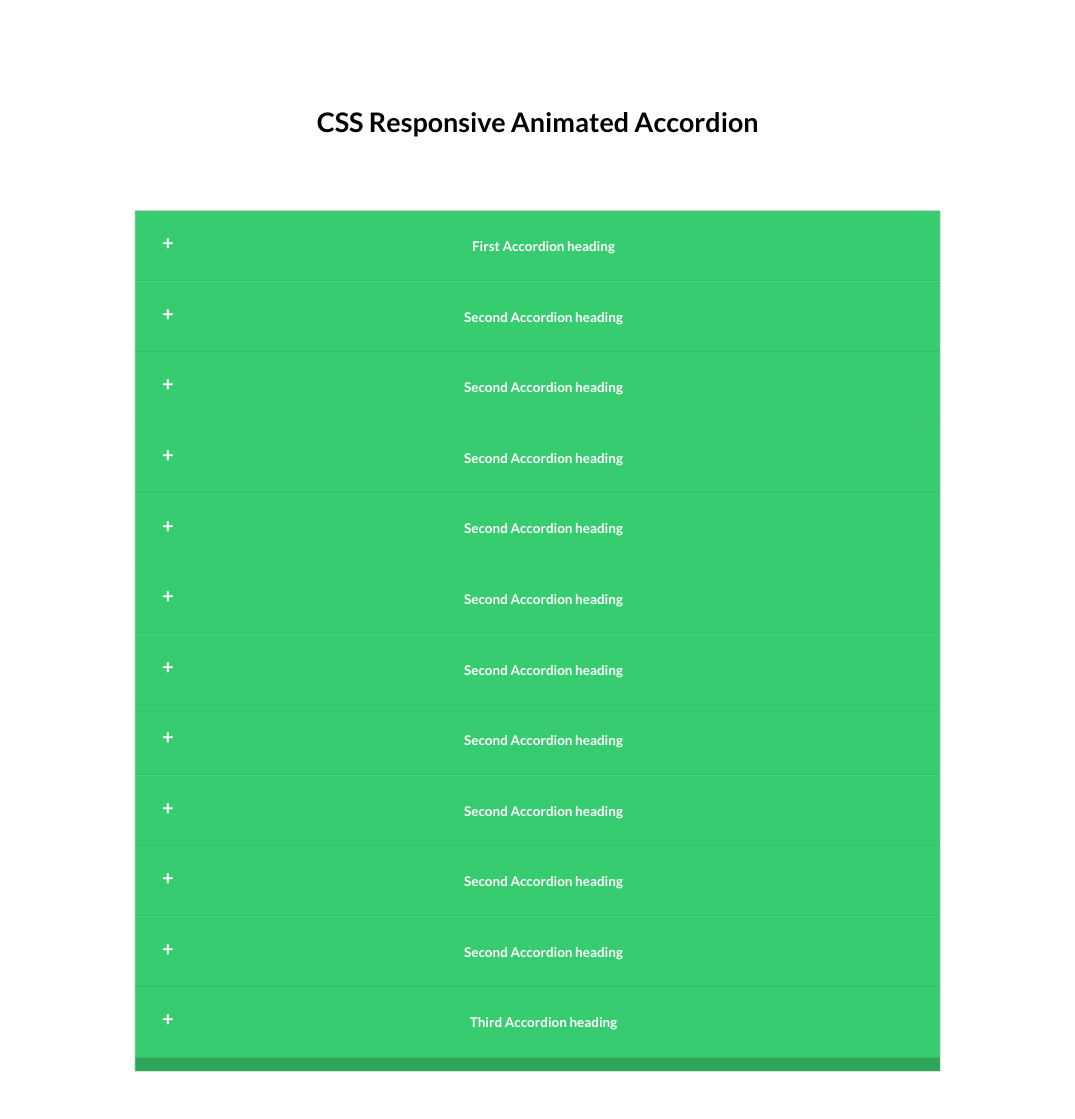
Repository: Imprasna/personalperform
Page: index.html
The author's editor kept a copy of each file at every save. The page is drawn from the files as they stood at one save, then again after the next save.
The browser window is 1280 px wide. The pictures show the whole page, at 84% of full size.
The style sheet was rebuilt from its Sass, Less or Tailwind sources for each picture, by a compiler version that may differ from the author's.

Above is the page before, as saved 2021-12-30 22:15:19.

### index.html
<!DOCTYPE html>
<html lang="en">

<head>
    <meta charset="UTF-8">
    <meta http-equiv="X-UA-Compatible" content="IE=edge">
    <meta name="viewport" content="width=device-width, initial-scale=1.0">
    <link rel="stylesheet" href="css/accordion.css">
    <title>Prasanna's Performance Tests</title>
</head>

<body>
    <div class="container">
        <h1 class="heading-primary">CSS Responsive Animated Accordion</h1>
        <div class="accordion">
            <dl>
                <dt>
                    <a href="#accordion1" aria-expanded="false" aria-controls="accordion1"
                        class="accordion-title accordionTitle js-accordionTrigger">First Accordion heading</a>
                </dt>
                <dd class="accordion-content accordionItem is-collapsed" id="accordion1" aria-hidden="true">
                    <p>Lorem ipsum dolor sit amet, consectetur <a href="https://www.google.com">Test</a>adipiscing elit.
                        Morbi eu interdum diam. Donec interdum porttitor risus non bibendum. Maecenas sollicitudin eros
                        in quam imperdiet placerat. Cras justo purus, rhoncus nec lobortis ut, iaculis vel ipsum. Donec
                        dignissim arcu nec elit faucibus condimentum. Donec facilisis consectetur enim sit amet varius.
                        Pellentesque justo dui, sodales quis luctus a, iaculis eget mauris. </p>
                    <p>Aliquam dapibus, ante quis fringilla feugiat, mauris risus condimentum massa, at elementum libero
                        quam ac ligula. Pellentesque at rhoncus dolor. Duis porttitor nibh ut lobortis aliquam. Nullam
                        eu dolor venenatis mauris placerat tristique eget id dolor. Quisque blandit adipiscing erat
                        vitae dapibus. Nulla aliquam magna nec elementum tincidunt.</p>
                </dd>
                <dt>
                    <a href="#accordion2" aria-expanded="false" aria-controls="accordion2"
                        class="accordion-title accordionTitle js-accordionTrigger">
                        Second Accordion heading</a>
                </dt>
                <dd class="accordion-content accordionItem is-collapsed" id="accordion2" aria-hidden="true">
                    <p>Lorem ipsum dolor sit amet, consectetur adipiscing elit. Morbi eu interdum diam. Donec interdum
                        porttitor risus non bibendum. Maecenas sollicitudin eros in quam imperdiet placerat. Cras justo
                        purus, rhoncus nec lobortis ut, iaculis vel ipsum. Donec dignissim arcu nec elit faucibus
                        condimentum. Donec facilisis consectetur enim sit amet varius. Pellentesque justo dui, sodales
                        quis luctus a, iaculis eget mauris. </p>
                    <p>Aliquam dapibus, ante quis fringilla feugiat, mauris risus condimentum massa, at elementum libero
                        quam ac ligula. Pellentesque at rhoncus dolor. Duis porttitor nibh ut lobortis aliquam. Nullam
                        eu dolor venenatis mauris placerat tristique eget id dolor. Quisque blandit adipiscing erat
                        vitae dapibus. Nulla aliquam magna nec elementum tincidunt.</p>
                </dd>
                <dt>
                    <a href="#accordion2" aria-expanded="false" aria-controls="accordion2"
                        class="accordion-title accordionTitle js-accordionTrigger">
                        Second Accordion heading</a>
                </dt>
                <dd class="accordion-content accordionItem is-collapsed" id="accordion2" aria-hidden="true">
                    <p>Lorem ipsum dolor sit amet, consectetur adipiscing elit. Morbi eu interdum diam. Donec interdum
                        porttitor risus non bibendum. Maecenas sollicitudin eros in quam imperdiet placerat. Cras justo
                        purus, rhoncus nec lobortis ut, iaculis vel ipsum. Donec dignissim arcu nec elit faucibus
                        condimentum. Donec facilisis consectetur enim sit amet varius. Pellentesque justo dui, sodales
                        quis luctus a, iaculis eget mauris. </p>
                    <p>Aliquam dapibus, ante quis fringilla feugiat, mauris risus condimentum massa, at elementum libero
                        quam ac ligula. Pellentesque at rhoncus dolor. Duis porttitor nibh ut lobortis aliquam. Nullam
                        eu dolor venenatis mauris placerat tristique eget id dolor. Quisque blandit adipiscing erat
                        vitae dapibus. Nulla aliquam magna nec elementum tincidunt.</p>
                </dd>
                <dt>
                    <a href="#accordion2" aria-expanded="false" aria-controls="accordion2"
                        class="accordion-title accordionTitle js-accordionTrigger">
                        Second Accordion heading</a>
                </dt>
                <dd class="accordion-content accordionItem is-collapsed" id="accordion2" aria-hidden="true">
                    <p>Lorem ipsum dolor sit amet, consectetur adipiscing elit. Morbi eu interdum diam. Donec interdum
                        porttitor risus non bibendum. Maecenas sollicitudin eros in quam imperdiet placerat. Cras justo
                        purus, rhoncus nec lobortis ut, iaculis vel ipsum. Donec dignissim arcu nec elit faucibus
                        condimentum. Donec facilisis consectetur enim sit amet varius. Pellentesque justo dui, sodales
                        quis luctus a, iaculis eget mauris. </p>
                    <p>Aliquam dapibus, ante quis fringilla feugiat, mauris risus condimentum massa, at elementum libero
                        quam ac ligula. Pellentesque at rhoncus dolor. Duis porttitor nibh ut lobortis aliquam. Nullam
                        eu dolor venenatis mauris placerat tristique eget id dolor. Quisque blandit adipiscing erat
                        vitae dapibus. Nulla aliquam magna nec elementum tincidunt.</p>
                </dd>
                <dt>
                    <a href="#accordion2" aria-expanded="false" aria-controls="accordion2"
                        class="accordion-title accordionTitle js-accordionTrigger">
                        Second Accordion heading</a>
                </dt>
                <dd class="accordion-content accordionItem is-collapsed" id="accordion2" aria-hidden="true">
                    <p>Lorem ipsum dolor sit amet, consectetur adipiscing elit. Morbi eu interdum diam. Donec interdum
                        porttitor risus non bibendum. Maecenas sollicitudin eros in quam imperdiet placerat. Cras justo
                        purus, rhoncus nec lobortis ut, iaculis vel ipsum. Donec dignissim arcu nec elit faucibus
                        condimentum. Donec facilisis consectetur enim sit amet varius. Pellentesque justo dui, sodales
                        quis luctus a, iaculis eget mauris. </p>
                    <p>Aliquam dapibus, ante quis fringilla feugiat, mauris risus condimentum massa, at elementum libero
                        quam ac ligula. Pellentesque at rhoncus dolor. Duis porttitor nibh ut lobortis aliquam. Nullam
                        eu dolor venenatis mauris placerat tristique eget id dolor. Quisque blandit adipiscing erat
                        vitae dapibus. Nulla aliquam magna nec elementum tincidunt.</p>
                </dd>
                <dt>
                    <a href="#accordion2" aria-expanded="false" aria-controls="accordion2"
                        class="accordion-title accordionTitle js-accordionTrigger">
                        Second Accordion heading</a>
                </dt>
                <dd class="accordion-content accordionItem is-collapsed" id="accordion2" aria-hidden="true">
                    <p>Lorem ipsum dolor sit amet, consectetur adipiscing elit. Morbi eu interdum diam. Donec interdum
                        porttitor risus non bibendum. Maecenas sollicitudin eros in quam imperdiet placerat. Cras justo
                        purus, rhoncus nec lobortis ut, iaculis vel ipsum. Donec dignissim arcu nec elit faucibus
                        condimentum. Donec facilisis consectetur enim sit amet varius. Pellentesque justo dui, sodales
                        quis luctus a, iaculis eget mauris. </p>
                    <p>Aliquam dapibus, ante quis fringilla feugiat, mauris risus condimentum massa, at elementum libero
                        quam ac ligula. Pellentesque at rhoncus dolor. Duis porttitor nibh ut lobortis aliquam. Nullam
                        eu dolor venenatis mauris placerat tristique eget id dolor. Quisque blandit adipiscing erat
                        vitae dapibus. Nulla aliquam magna nec elementum tincidunt.</p>
                </dd>
                <dt>
                    <a href="#accordion2" aria-expanded="false" aria-controls="accordion2"
                        class="accordion-title accordionTitle js-accordionTrigger">
                        Second Accordion heading</a>
                </dt>
                <dd class="accordion-content accordionItem is-collapsed" id="accordion2" aria-hidden="true">
                    <p>Lorem ipsum dolor sit amet, consectetur adipiscing elit. Morbi eu interdum diam. Donec interdum
                        porttitor risus non bibendum. Maecenas sollicitudin eros in quam imperdiet placerat. Cras justo
                        purus, rhoncus nec lobortis ut, iaculis vel ipsum. Donec dignissim arcu nec elit faucibus
                        condimentum. Donec facilisis consectetur enim sit amet varius. Pellentesque justo dui, sodales
                        quis luctus a, iaculis eget mauris. </p>
                    <p>Aliquam dapibus, ante quis fringilla feugiat, mauris risus condimentum massa, at elementum libero
                        quam ac ligula. Pellentesque at rhoncus dolor. Duis porttitor nibh ut lobortis aliquam. Nullam
                        eu dolor venenatis mauris placerat tristique eget id dolor. Quisque blandit adipiscing erat
                        vitae dapibus. Nulla aliquam magna nec elementum tincidunt.</p>
                </dd>
                <dt>
                    <a href="#accordion2" aria-expanded="false" aria-controls="accordion2"
                        class="accordion-title accordionTitle js-accordionTrigger">
                        Second Accordion heading</a>
                </dt>
                <dd class="accordion-content accordionItem is-collapsed" id="accordion2" aria-hidden="true">
                    <p>Lorem ipsum dolor sit amet, consectetur adipiscing elit. Morbi eu interdum diam. Donec interdum
                        porttitor risus non bibendum. Maecenas sollicitudin eros in quam imperdiet placerat. Cras justo
                        purus, rhoncus nec lobortis ut, iaculis vel ipsum. Donec dignissim arcu nec elit faucibus
                        condimentum. Donec facilisis consectetur enim sit amet varius. Pellentesque justo dui, sodales
                        quis luctus a, iaculis eget mauris. </p>
                    <p>Aliquam dapibus, ante quis fringilla feugiat, mauris risus condimentum massa, at elementum libero
                        quam ac ligula. Pellentesque at rhoncus dolor. Duis porttitor nibh ut lobortis aliquam. Nullam
                        eu dolor venenatis mauris placerat tristique eget id dolor. Quisque blandit adipiscing erat
                        vitae dapibus. Nulla aliquam magna nec elementum tincidunt.</p>
                </dd>
                <dt>
                    <a href="#accordion2" aria-expanded="false" aria-controls="accordion2"
                        class="accordion-title accordionTitle js-accordionTrigger">
                        Second Accordion heading</a>
                </dt>
                <dd class="accordion-content accordionItem is-collapsed" id="accordion2" aria-hidden="true">
                    <p>Lorem ipsum dolor sit amet, consectetur adipiscing elit. Morbi eu interdum diam. Donec interdum
                        porttitor risus non bibendum. Maecenas sollicitudin eros in quam imperdiet placerat. Cras justo
                        purus, rhoncus nec lobortis ut, iaculis vel ipsum. Donec dignissim arcu nec elit faucibus
                        condimentum. Donec facilisis consectetur enim sit amet varius. Pellentesque justo dui, sodales
                        quis luctus a, iaculis eget mauris. </p>
                    <p>Aliquam dapibus, ante quis fringilla feugiat, mauris risus condimentum massa, at elementum libero
                        quam ac ligula. Pellentesque at rhoncus dolor. Duis porttitor nibh ut lobortis aliquam. Nullam
                        eu dolor venenatis mauris placerat tristique eget id dolor. Quisque blandit adipiscing erat
                        vitae dapibus. Nulla aliquam magna nec elementum tincidunt.</p>
                </dd>
                <dt>
                    <a href="#accordion2" aria-expanded="false" aria-controls="accordion2"
                        class="accordion-title accordionTitle js-accordionTrigger">
                        Second Accordion heading</a>
                </dt>
                <dd class="accordion-content accordionItem is-collapsed" id="accordion2" aria-hidden="true">
                    <p>Lorem ipsum dolor sit amet, consectetur adipiscing elit. Morbi eu interdum diam. Donec interdum
                        porttitor risus non bibendum. Maecenas sollicitudin eros in quam imperdiet placerat. Cras justo
                        purus, rhoncus nec lobortis ut, iaculis vel ipsum. Donec dignissim arcu nec elit faucibus
                        condimentum. Donec facilisis consectetur enim sit amet varius. Pellentesque justo dui, sodales
                        quis luctus a, iaculis eget mauris. </p>
                    <p>Aliquam dapibus, ante quis fringilla feugiat, mauris risus condimentum massa, at elementum libero
                        quam ac ligula. Pellentesque at rhoncus dolor. Duis porttitor nibh ut lobortis aliquam. Nullam
                        eu dolor venenatis mauris placerat tristique eget id dolor. Quisque blandit adipiscing erat
                        vitae dapibus. Nulla aliquam magna nec elementum tincidunt.</p>
                </dd>
                <dt>
                    <a href="#accordion2" aria-expanded="false" aria-controls="accordion2"
                        class="accordion-title accordionTitle js-accordionTrigger">
                        Second Accordion heading</a>
                </dt>
                <dd class="accordion-content accordionItem is-collapsed" id="accordion2" aria-hidden="true">
                    <p>Lorem ipsum dolor sit amet, consectetur adipiscing elit. Morbi eu interdum diam. Donec interdum
                        porttitor risus non bibendum. Maecenas sollicitudin eros in quam imperdiet placerat. Cras justo
                        purus, rhoncus nec lobortis ut, iaculis vel ipsum. Donec dignissim arcu nec elit faucibus
                        condimentum. Donec facilisis consectetur enim sit amet varius. Pellentesque justo dui, sodales
                        quis luctus a, iaculis eget mauris. </p>
                    <p>Aliquam dapibus, ante quis fringilla feugiat, mauris risus condimentum massa, at elementum libero
                        quam ac ligula. Pellentesque at rhoncus dolor. Duis porttitor nibh ut lobortis aliquam. Nullam
                        eu dolor venenatis mauris placerat tristique eget id dolor. Quisque blandit adipiscing erat
                        vitae dapibus. Nulla aliquam magna nec elementum tincidunt.</p>
                </dd>
                <dt>
                    <a href="#accordion3" aria-expanded="false" aria-controls="accordion3"
                        class="accordion-title accordionTitle js-accordionTrigger">
                        Third Accordion heading
                    </a>
                </dt>
                <dd class="accordion-content accordionItem is-collapsed" id="accordion3" aria-hidden="true">
                    <p>Lorem ipsum dolor sit amet, consectetur adipiscing elit. Morbi eu interdum diam. Donec interdum
                        porttitor risus non bibendum. Maecenas sollicitudin eros in quam imperdiet placerat. Cras justo
                        purus, rhoncus nec lobortis ut, iaculis vel ipsum. Donec dignissim arcu nec elit faucibus
                        condimentum. Donec facilisis consectetur enim sit amet varius. Pellentesque justo dui, sodales
                        quis luctus a, iaculis eget mauris. </p>
                    <p>Aliquam dapibus, ante quis fringilla feugiat, mauris risus condimentum massa, at elementum libero
                        quam ac ligula. Pellentesque at rhoncus dolor. Duis porttitor nibh ut lobortis aliquam. Nullam
                        eu dolor venenatis mauris placerat tristique eget id dolor. Quisque blandit adipiscing erat
                        vitae dapibus. Nulla aliquam magna nec elementum tincidunt.</p>
                </dd>
            </dl>
        </div>
    </div>

    <script src="app.js"></script>
</body>

</html>

Loaded but not shown: app.js (61 lines, source omitted); accordion.scss (127 lines, source omitted)

After the next save:
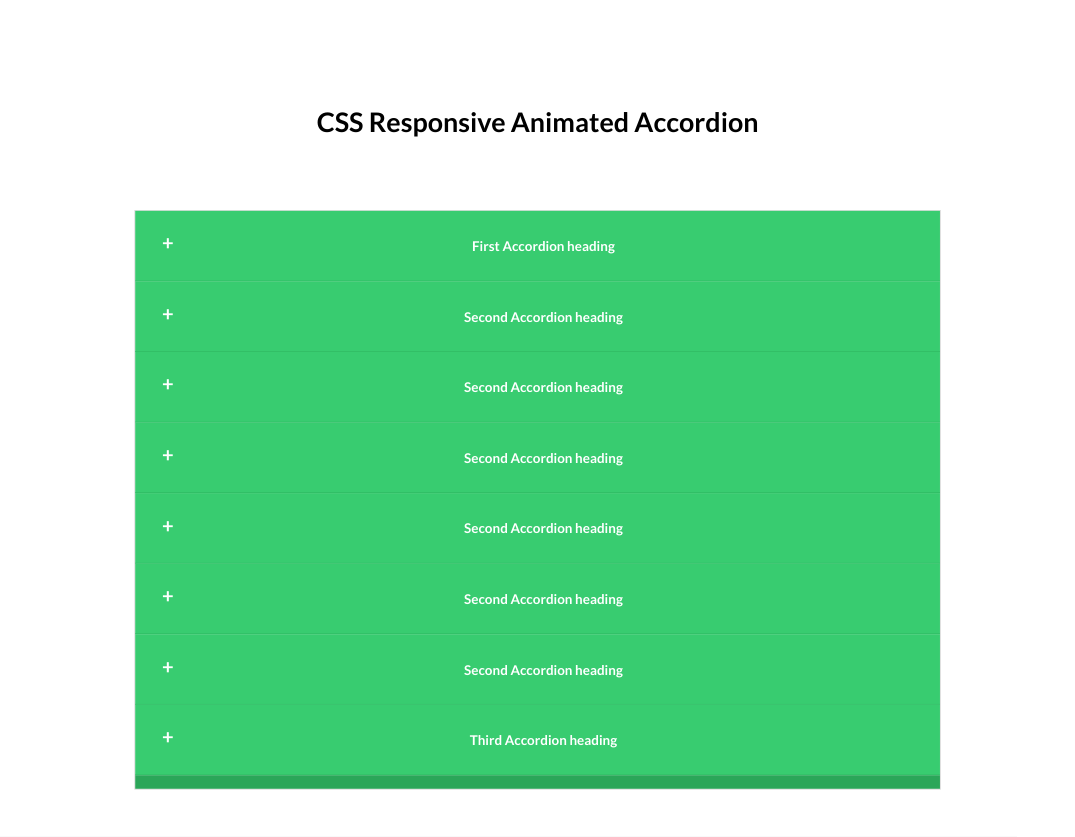
Saved 13 s later.
--- a/index.html
+++ b/index.html
@@ -126,70 +126,6 @@
                         vitae dapibus. Nulla aliquam magna nec elementum tincidunt.</p>
                 </dd>
                 <dt>
-                    <a href="#accordion2" aria-expanded="false" aria-controls="accordion2"
-                        class="accordion-title accordionTitle js-accordionTrigger">
-                        Second Accordion heading</a>
-                </dt>
-                <dd class="accordion-content accordionItem is-collapsed" id="accordion2" aria-hidden="true">
-                    <p>Lorem ipsum dolor sit amet, consectetur adipiscing elit. Morbi eu interdum diam. Donec interdum
-                        porttitor risus non bibendum. Maecenas sollicitudin eros in quam imperdiet placerat. Cras justo
-                        purus, rhoncus nec lobortis ut, iaculis vel ipsum. Donec dignissim arcu nec elit faucibus
-                        condimentum. Donec facilisis consectetur enim sit amet varius. Pellentesque justo dui, sodales
-                        quis luctus a, iaculis eget mauris. </p>
-                    <p>Aliquam dapibus, ante quis fringilla feugiat, mauris risus condimentum massa, at elementum libero
-                        quam ac ligula. Pellentesque at rhoncus dolor. Duis porttitor nibh ut lobortis aliquam. Nullam
-                        eu dolor venenatis mauris placerat tristique eget id dolor. Quisque blandit adipiscing erat
-                        vitae dapibus. Nulla aliquam magna nec elementum tincidunt.</p>
-                </dd>
-                <dt>
-                    <a href="#accordion2" aria-expanded="false" aria-controls="accordion2"
-                        class="accordion-title accordionTitle js-accordionTrigger">
-                        Second Accordion heading</a>
-                </dt>
-                <dd class="accordion-content accordionItem is-collapsed" id="accordion2" aria-hidden="true">
-                    <p>Lorem ipsum dolor sit amet, consectetur adipiscing elit. Morbi eu interdum diam. Donec interdum
-                        porttitor risus non bibendum. Maecenas sollicitudin eros in quam imperdiet placerat. Cras justo
-                        purus, rhoncus nec lobortis ut, iaculis vel ipsum. Donec dignissim arcu nec elit faucibus
-                        condimentum. Donec facilisis consectetur enim sit amet varius. Pellentesque justo dui, sodales
-                        quis luctus a, iaculis eget mauris. </p>
-                    <p>Aliquam dapibus, ante quis fringilla feugiat, mauris risus condimentum massa, at elementum libero
-                        quam ac ligula. Pellentesque at rhoncus dolor. Duis porttitor nibh ut lobortis aliquam. Nullam
-                        eu dolor venenatis mauris placerat tristique eget id dolor. Quisque blandit adipiscing erat
-                        vitae dapibus. Nulla aliquam magna nec elementum tincidunt.</p>
-                </dd>
-                <dt>
-                    <a href="#accordion2" aria-expanded="false" aria-controls="accordion2"
-                        class="accordion-title accordionTitle js-accordionTrigger">
-                        Second Accordion heading</a>
-                </dt>
-                <dd class="accordion-content accordionItem is-collapsed" id="accordion2" aria-hidden="true">
-                    <p>Lorem ipsum dolor sit amet, consectetur adipiscing elit. Morbi eu interdum diam. Donec interdum
-                        porttitor risus non bibendum. Maecenas sollicitudin eros in quam imperdiet placerat. Cras justo
-                        purus, rhoncus nec lobortis ut, iaculis vel ipsum. Donec dignissim arcu nec elit faucibus
-                        condimentum. Donec facilisis consectetur enim sit amet varius. Pellentesque justo dui, sodales
-                        quis luctus a, iaculis eget mauris. </p>
-                    <p>Aliquam dapibus, ante quis fringilla feugiat, mauris risus condimentum massa, at elementum libero
-                        quam ac ligula. Pellentesque at rhoncus dolor. Duis porttitor nibh ut lobortis aliquam. Nullam
-                        eu dolor venenatis mauris placerat tristique eget id dolor. Quisque blandit adipiscing erat
-                        vitae dapibus. Nulla aliquam magna nec elementum tincidunt.</p>
-                </dd>
-                <dt>
-                    <a href="#accordion2" aria-expanded="false" aria-controls="accordion2"
-                        class="accordion-title accordionTitle js-accordionTrigger">
-                        Second Accordion heading</a>
-                </dt>
-                <dd class="accordion-content accordionItem is-collapsed" id="accordion2" aria-hidden="true">
-                    <p>Lorem ipsum dolor sit amet, consectetur adipiscing elit. Morbi eu interdum diam. Donec interdum
-                        porttitor risus non bibendum. Maecenas sollicitudin eros in quam imperdiet placerat. Cras justo
-                        purus, rhoncus nec lobortis ut, iaculis vel ipsum. Donec dignissim arcu nec elit faucibus
-                        condimentum. Donec facilisis consectetur enim sit amet varius. Pellentesque justo dui, sodales
-                        quis luctus a, iaculis eget mauris. </p>
-                    <p>Aliquam dapibus, ante quis fringilla feugiat, mauris risus condimentum massa, at elementum libero
-                        quam ac ligula. Pellentesque at rhoncus dolor. Duis porttitor nibh ut lobortis aliquam. Nullam
-                        eu dolor venenatis mauris placerat tristique eget id dolor. Quisque blandit adipiscing erat
-                        vitae dapibus. Nulla aliquam magna nec elementum tincidunt.</p>
-                </dd>
-                <dt>
                     <a href="#accordion3" aria-expanded="false" aria-controls="accordion3"
                         class="accordion-title accordionTitle js-accordionTrigger">
                         Third Accordion heading
